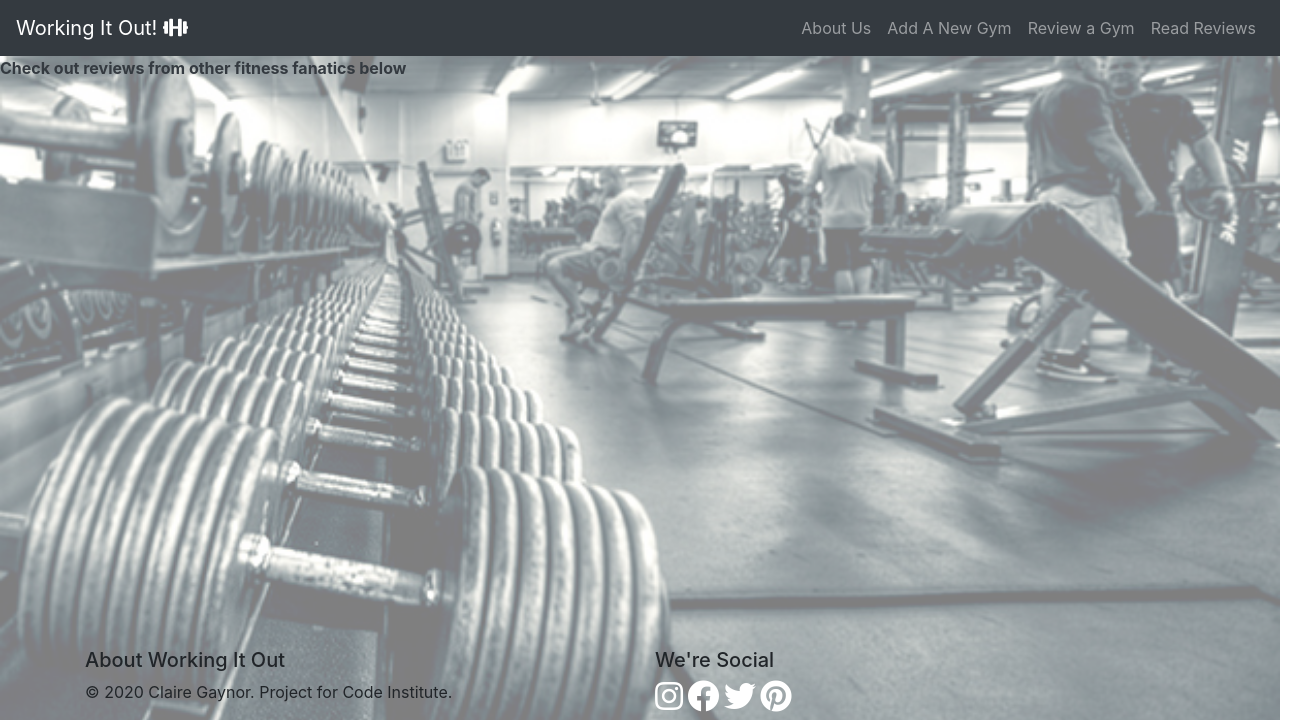
Repository: cgaynor91/Working_It_Out
Page: http://localhost/read_review
The author's editor kept a record of every edit. The page is drawn from the files as they stood at one moment, then again after the next edit.
The browser window is 1280 px wide. The page is 1295 px wide, so the pictures cover 1295 px, including what lies to the right of the window. The pictures show the whole page.
Some web libraries are served in a nearby version. The page is served by the project's application, run on Flask 3 (app.py). Queries for data that is not in the repository find no rows.

Above is the page before.

### templates/read_reviews.html
{% extends 'base.html' %}
{% block content %}

<div class="container-fluid-review">

        <div class="row">
            <div class="col-10 text-dark welcome-text">
                <p><strong>Check out reviews from other fitness fanatics below</strong></p>
            </div>
        </div>

            {% for review in reviews %}
            <div class="row-review justify-content-center">
                <div class="col-12 text-dark">
                    <ul class="list-unstyled">
                        <li class="media">
                            <img src="{{ url_for('static', filename='images/user.png') }}" class="mr-3" alt="User">
                            <div class="media-body">
                                <h6 class="mt-0 mb-1">Gym Reviewed: {{review.gym_name}}</h5>
                                <span>Date of Review: {{review.date_of_review}} </span>
                                <p>Review by: {{review.review_by}} </p>
                                <p>{{review.review}}</p>
                            </div>
                        </li>
                </div>
            </div>
            {% endfor %}
</div>

{% endblock %}

### templates/base.html
<!DOCTYPE html>
<html>

<head>
    <link href="https://fonts.googleapis.com/css?family=Rubik&display=swap" rel="stylesheet">
    <link rel="stylesheet" href="https://stackpath.bootstrapcdn.com/bootstrap/4.4.1/css/bootstrap.min.css">
    <link rel="stylesheet" href="https://cdnjs.cloudflare.com/ajax/libs/font-awesome/5.12.0/css/all.min.css" />
    <link rel="stylesheet" href="{{ url_for('static', filename='css/style.css') }}" type="text/css" />
    <title>Working It Out!</title>
</head>

<body>
    <header>
        <!-- Navbar taken from Bootstrap -->
        <nav class="navbar navbar-expand-md navbar-dark bg-dark home-text">
            <a class="navbar-brand" href="{{url_for('get_gyms')}}">Working It Out! <i
                    class="fas fa-dumbbell"></i></a>
            <button class="navbar-toggler" type="button" data-toggle="collapse" data-target="#navbarNavAltMarkup" aria-controls="navbarNavAltMarkup" aria-expanded="false" aria-label="Toggle navigation">
                <span class="navbar-toggler-icon"></span>
            </button>
            <div class="collapse navbar-collapse" id="navbarNavAltMarkup">
                <div class="navbar-nav ml-auto">
                    <a class="nav-item nav-link" href="{{url_for('about')}}">About Us</a>
                    <a class="nav-item nav-link" href="{{url_for('add_new_gym')}}">Add A New Gym</a>
                    <a class="nav-item nav-link" href="{{url_for('gym_review')}}">Review a Gym</a>
                    <a class="nav-item nav-link" href="{{url_for('read_review')}}">Read Reviews</a>


                </div>
            </div>

        </nav>
    </header>

    <!-- Background image -->
    <div class="container-fluid bg"></div>


    {% block content %} {% endblock %}

    <!--Footer-->
    <footer class="fixed-bottom">
        <div class="container">
            <div class="row">
                <div class="col l6 s12">
                    <h5>About Working It Out</h5>
                    <p> © 2020 Claire Gaynor. Project for Code Institute.</p>
                </div>
                <div class="col l4 offset-l2 s12">
                    <h5>We're Social</h5>
                    <a href="https://www.instagram.com/" target="_blank"><i class="fab fa-instagram fa-2x" style="color:white"></i></a>
                    <a href="https://www.facebook.com/" target="_blank"><i class="fab fa-facebook fa-2x" style="color:white"></i></a>
                    <a href="https://www.twitter.com/" target="_blank"><i class="fab fa-twitter fa-2x" style="color:white"></i>
                    <a href="https://www.pinterest.com/" target="_blank"><i class="fab fa-pinterest fa-2x" style="color:white"></i></a>
                </div>
            </div>
        </div>
    </footer>



    <script src="https://code.jquery.com/jquery-3.4.1.slim.min.js"></script>
    <script src="https://cdn.jsdelivr.net/npm/popper.js@1.16.0/dist/umd/popper.min.js"></script>
    <script src="https://stackpath.bootstrapcdn.com/bootstrap/4.4.1/js/bootstrap.min.js"></script>
</body>

</html>

### app.py
import os
from flask import Flask, render_template, redirect, request, url_for
from flask_pymongo import PyMongo
from bson.objectid import ObjectId

app = Flask(__name__)
app.config["MONGO_DBNAME"] = 'working_it_out'
app.config["MONGO_URI"] = os.getenv('MONGO_URI')

mongo = PyMongo(app)


@app.route('/')
@app.route('/get_gyms')
def get_gyms():
    return render_template("home.html", gyms=mongo.db.gyms.find())

@app.route("/about")
def about():
    return render_template("about.html")


@app.route("/add_new_gym")
def add_new_gym():
    return render_template("add_gym.html")

# Sends the data that the user inserts to the database

@app.route("/insert_gym", methods=['POST'])
def insert_gym():
    gym = mongo.db.gyms
    gym.insert_one({
        'gym_name': request.form.get('gym_name'),
        'gym_type': request.form.get('gym_type'),
        'gym_address':request.form.get('gym_address'),
        'cost':request.form.get('cost'),
        'gym_url':request.form.get('gym_url'),
        })
    return redirect(url_for('get_gyms'))


# Allows user to update information about a gym

@app.route("/edit_gym/<gym_id>")
def edit_gym(gym_id):
    the_gym = mongo.db.gyms.find_one({"_id": ObjectId(gym_id)})
    return render_template("update_gym.html", gym=the_gym)

@app.route("/update_gym/<gym_id>", methods=["POST"])
def update_gym(gym_id):
    gym = mongo.db.gyms
    gym.update({'_id': ObjectId(gym_id)}, {
        'gym_name' : request.form.get('gym_name'),
        'status' : request.form.get('gym_type'),
        'address' : request.form.get('gym_address'),
        'cost' : request.form.get('cost'),
        'gym_url' : request.form.get('gym_url')
    })
    return redirect(url_for('get_gyms'))

# Delete option for a user if they wish to delete a review they wrote or delete a review written by someone else that may be incorrect

@app.route("/delete_gym/<gym_id>")
def delete_gym(gym_id):
    mongo.db.gyms.remove({'_id': ObjectId(gym_id)})
    return redirect(url_for('get_gyms'))

@app.route("/leave_review")
def gym_review():
    return render_template("gym_review.html", gyms=mongo.db.gyms.find())

# Sends the data that the user inserts to the database

@app.route("/gym_review", methods=['POST'])
def insert_review():
    review = mongo.db.reviews
    review.insert_one(request.form.to_dict())
    return redirect(url_for('gym_review'))


@app.route("/read_review")
def read_review():
    return render_template("read_reviews.html", reviews=mongo.db.reviews.find())

if __name__ == '__main__':
    app.run(host=os.environ.get('IP'),
            port=int(os.environ.get('PORT')),
            debug=True)

### static/css/style.css
.body {
    min-height: 100%;
}

.container-fluid {
    text-align: center;
}


.container-fluid_reviews {
    text-align: left;
}

.display-3 {
    font-size: 6rem;
    font-weight: 300;
    line-height: 1.2;
    margin-bottom: 5rem;
}

hr {
    border: 1px solid grey;
}

.welcome-para {
    margin-top: 0px;
    margin-bottom: 3rem;
}

.col-12 {
    -ms-flex: 0 0 100%;
    flex: 0 0 100%;
    max-width: 100%;
}

.bg {
    background-image: url(../images/bg-image.png);
    background-size: cover;
    height: 100%;
    overflow: hidden;
    position: fixed;
    width: 100%;
    opacity: 0.5;
    z-index: -1;
}

.jumbotron {
    background-color: transparent;
    margin-bottom: 0px;
}

.jumbo-text {
    color: #000;
    font-weight: bolder;
}

.btn-home {
    font-weight: bold;
    min-width: 250px;
}

.table td,
.table th {
    padding: .75rem;
    vertical-align: top;
    border-top: 1px solid #dee2e6;
    font-weight: bolder;
}




.page-footer {
    background-color: #343a40;
    color: #fff;
}


/*

After the next edit:
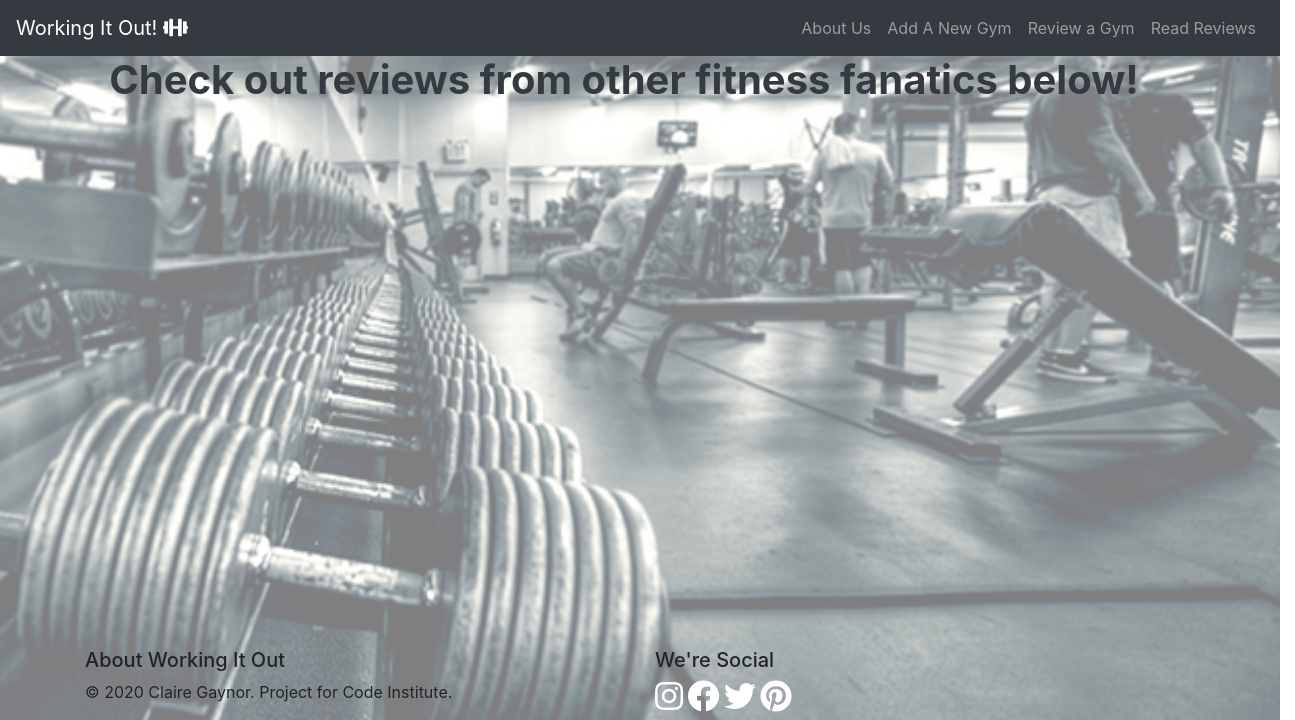
The edit:
--- a/templates/read_reviews.html
+++ b/templates/read_reviews.html
@@ -3,11 +3,11 @@
 
 <div class="container-fluid-review">
 
-        <div class="row">
-            <div class="col-10 text-dark welcome-text">
-                <p><strong>Check out reviews from other fitness fanatics below</strong></p>
-            </div>
+         <div class="row justify-content-center">
+        <div class="col-10 text-dark welcome-text">
+            <h1><strong>Check out reviews from other fitness fanatics below!</strong></h1>
         </div>
+    </div>
 
             {% for review in reviews %}
             <div class="row-review justify-content-center">
